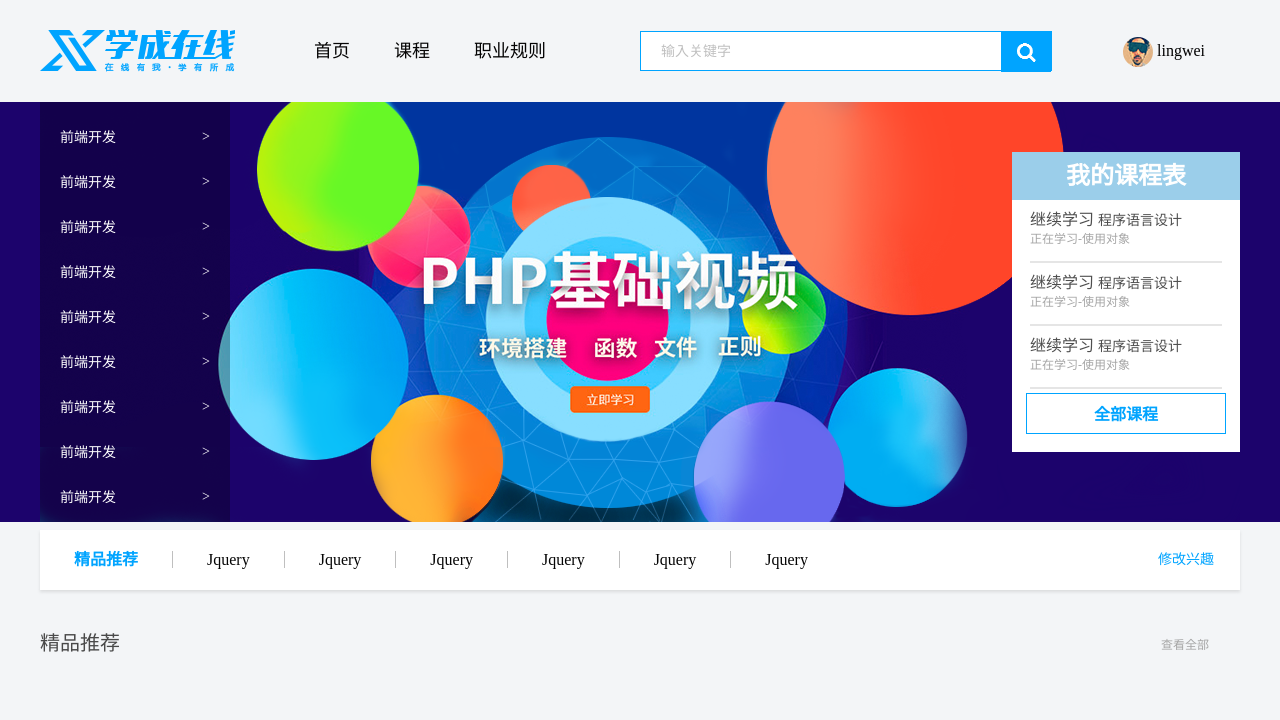
Repository: DengBiHua/xcdx
Page: index.html
An editor plug-in stored every save of this project. The page is shown before and after the next save, followed by the edit.
The browser window is 1280 px wide. The pictures show the whole page.

Above is the page before, as saved 2022-04-15 10:18:06.

After the next save:
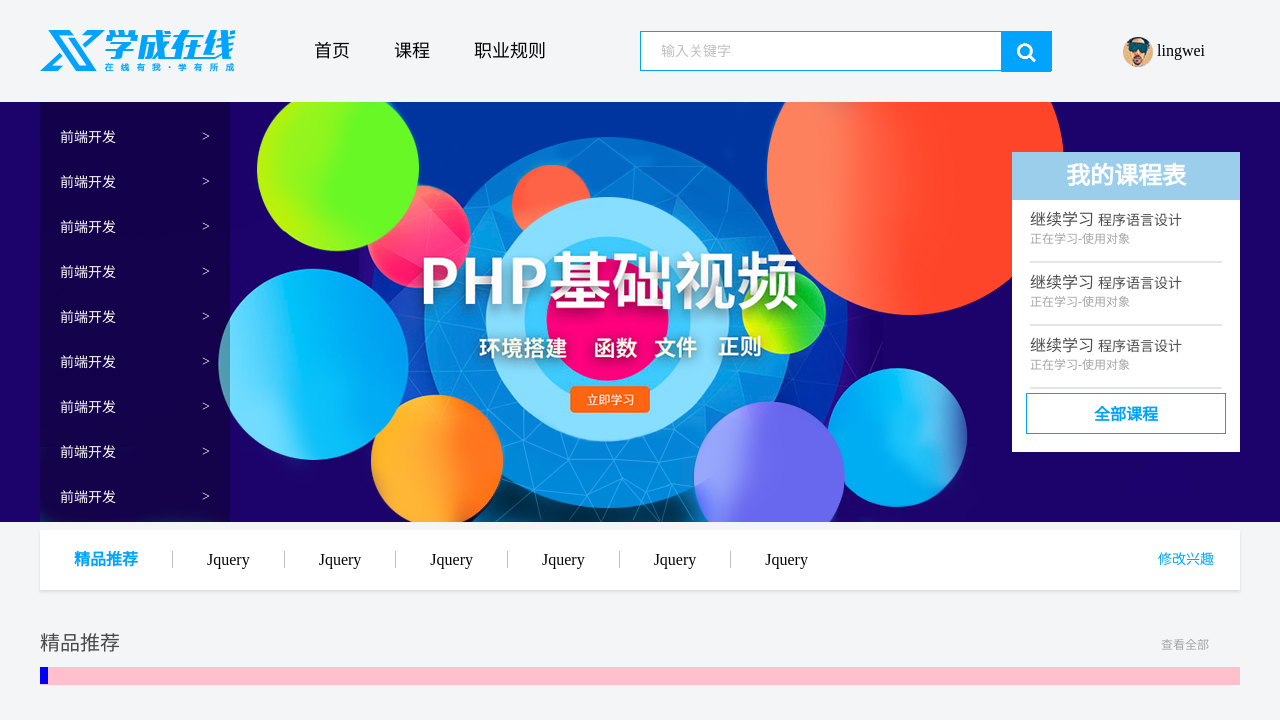
Saved 96 s later.
--- a/index.html
+++ b/index.html
@@ -98,7 +98,7 @@
         </div>
         <div class="content">
             <ul>
-                <li><a href="#"></a></li>
+                <li><a href="#">1</a></li>
                 <li><a href="#"></a></li>
                 <li><a href="#"></a></li>
                 <li><a href="#"></a></li>
